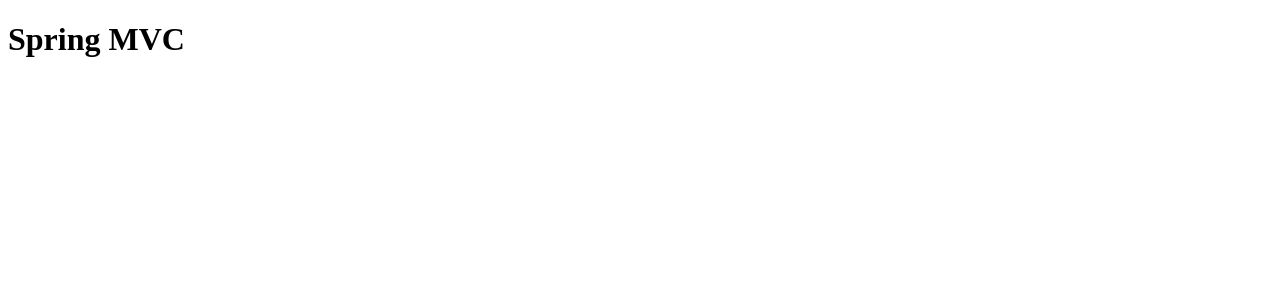
Repository: bbookk1104/spring-workspace
Page: http://localhost/01_SpringMVC/
An editor plug-in stored every save of this project. The page is shown before and after the next save, followed by the edit.
The browser window is 1280 px wide. The pictures show the whole page.
The page is served by Tomcat 9.

Above is the page before, as saved 2022-09-29 08:00:49.

After the next save:
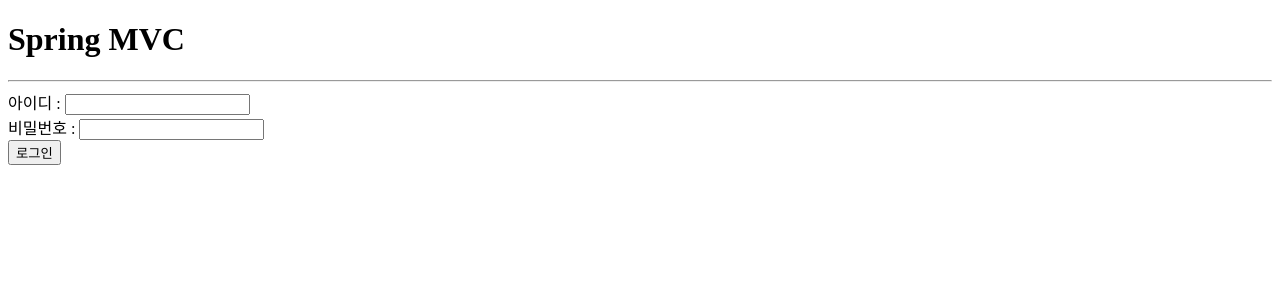
Saved 2 min 47 s later.
--- a/01_SpringMVC/src/main/webapp/index.jsp
+++ b/01_SpringMVC/src/main/webapp/index.jsp
@@ -8,5 +8,11 @@
 </head>
 <body>
 	<h1>Spring MVC</h1>
+	<hr>
+	<form action="/login.do" method="post">
+		아이디 : <input type="text" name="memberId"><br>
+		비밀번호 : <input type="password" name="memberPw"><br>
+		<input type="submit" value="로그인">
+	</form>
 </body>
 </html>
